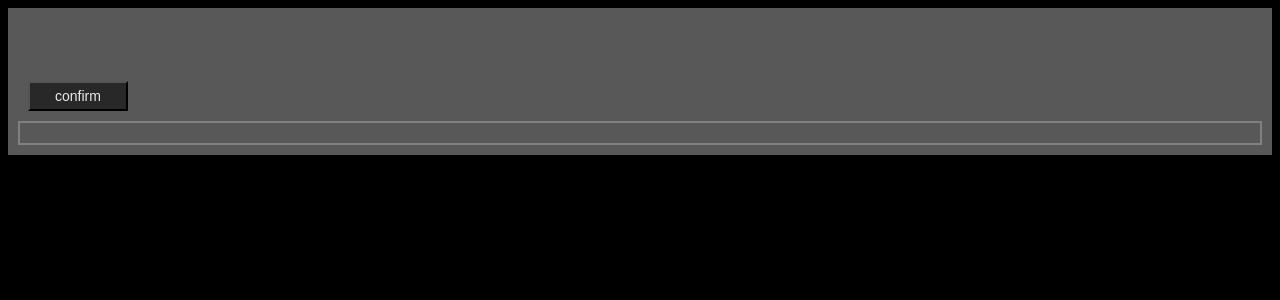
Repository: prawniel99/05_JQuery
Page: workspace/jqpro/WebContent/비동기4_XMLR_promise/postTest.html
These files come from the project's save history. The page is drawn as it stood at one moment and after the next save; the edit follows.
The browser window is 1280 px wide. The pictures show the whole page.

Above is the page before, as saved 2024-08-23 01:15:56.

After the next save:
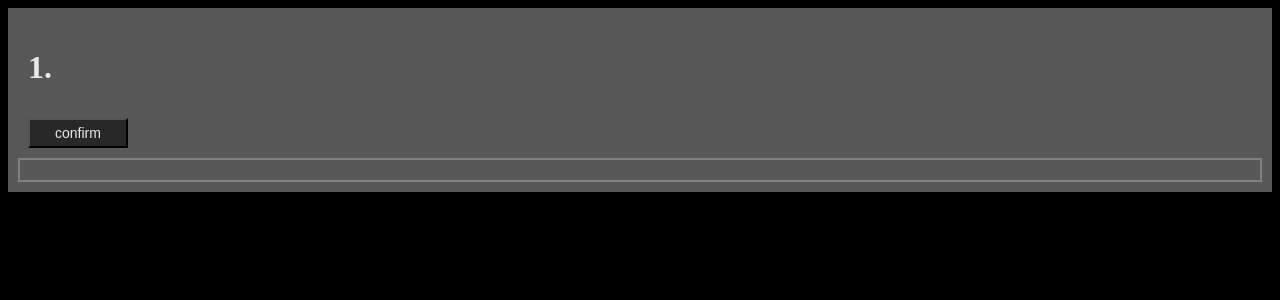
Saved 16 s later.
--- a/workspace/jqpro/WebContent/비동기4_XMLR_promise/postTest.html
+++ b/workspace/jqpro/WebContent/비동기4_XMLR_promise/postTest.html
@@ -9,7 +9,7 @@
 <body>
     <div class="box">
         <h1>
-
+        	1.
         </h1>
         <input type="button" value="confirm" onclick="proc1()">
         <div id="result1"></div>
